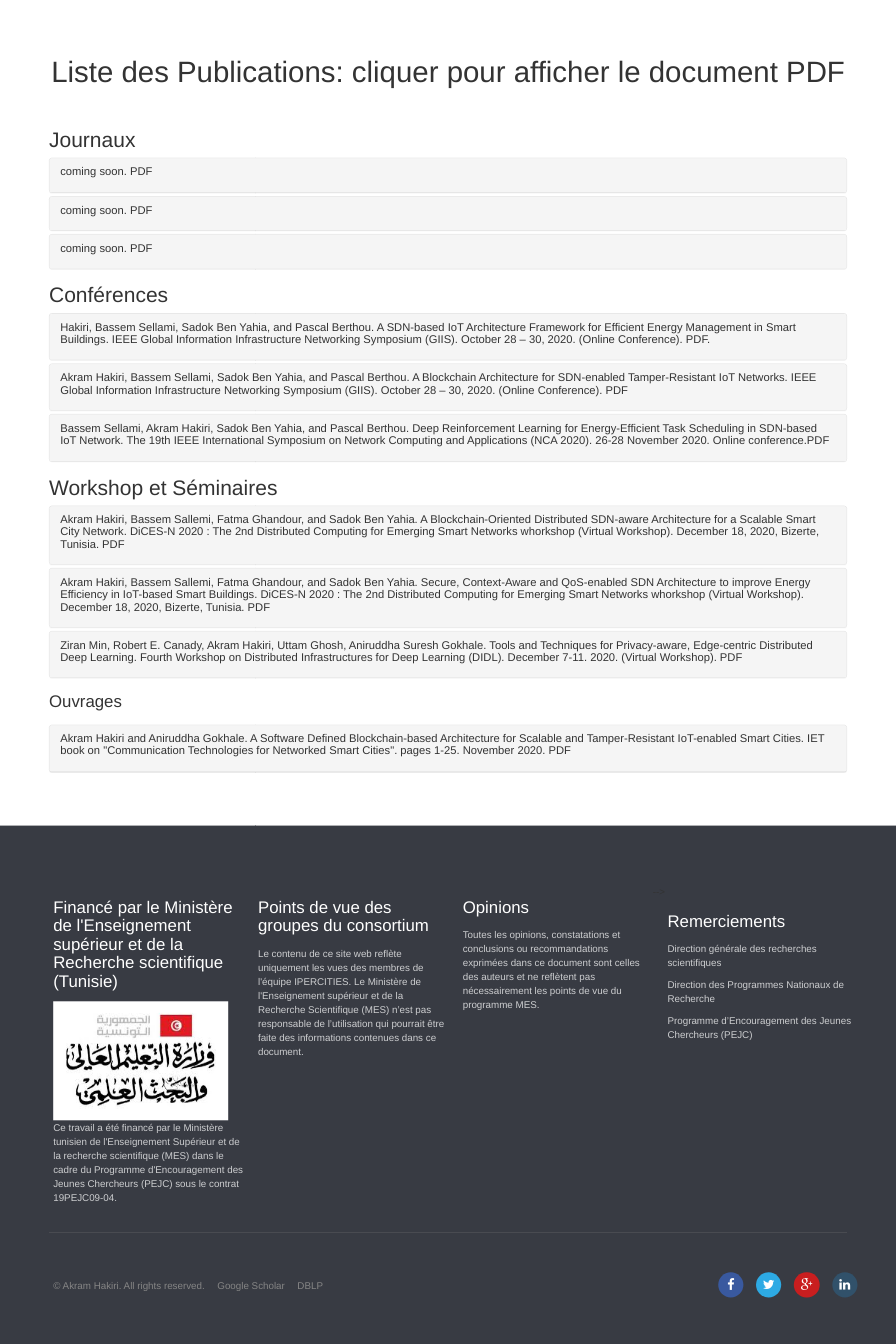
Repository: hakiri/IPERCITIES
Page: publication.html
The author's editor kept a copy of each file at every save. The page is drawn from the files as they stood at one save, then again after a run of saves.
The browser window is 1280 px wide. The pictures show the part of the page from y = 668 to 2588 px (the page is 2588 px tall before and 2573 px after), at 70% of full size.

Above is the page before, as saved 2022-09-27 16:49:44.

### publication.html
<!DOCTYPE html>
<!--
	Transit by TEMPLATED
	templated.co @templatedco
	Released for free under the Creative Commons Attribution 3.0 license (templated.co/license)
-->
<html lang="en">

<head>
    <meta charset="UTF-8">
    <title>IPERCITIES</title>
    <meta http-equiv="content-type" content="text/html; charset=utf-8" />
    <meta name="description" content="" />
    <meta name="keywords" content="" />


    <!--[if lte IE 8]><script src="js/html5shiv.js"></script><![endif]-->
    <script src="js/jquery.min.js"></script>
    <script src="js/skel.min.js"></script>
    <script src="js/skel-layers.min.js"></script>
    <script src="js/init.js"></script>
    <script type="text/javascript" src="https://cdnjs.cloudflare.com/ajax/libs/twitter-bootstrap/4.5.0/js/bootstrap.min.js"></script>

    <noscript>
		<link rel="stylesheet" href="css/skel.css" />
		<link rel="stylesheet" href="css/style.css" />
		<link rel="stylesheet" href="css/style-xlarge.css" />
	</noscript>
    <link rel="stylesheet" href="https://maxcdn.bootstrapcdn.com/bootstrap/3.4.1/css/bootstrap.min.css">
    <!-- <link rel="stylesheet" href="https://cdn.jsdelivr.net/npm/bootstrap@4.5.3/dist/css/bootstrap.min.css"> -->

</head>

<body>

    <!-- Header -->
    <header id="header">
        <h1><a href="index.html">IPERCITIES</a></h1>
        <nav id="nav">
            <ul>
                <li><a href="index.html">Home</a></li>
                <li><a href="objectifs.html">Objectives</a></li>
                <li><a href="consortium.html">Consortium</a></li>
                <li><a href="events.html">Events</a></li>
                <li><a href="brochure.html">Brochures et Flyers</a></li>
                <li><a href="platform.html">Plateforme</a></li>
                <li><a href="resultats.html">Resultats</a></li>
                <li><a href="publication.html">Publications</a></li>
                <li><a href="#" class="button special">About</a></li>
            </ul>
        </nav>
    </header>
    <!-- Banner -->
    <section id="banner">
        <h2>Liste des Publications</h2>
        <p></p>
        <ul class="actions">
            <li>
                <a href="#pub" class="button big">Liste des Publications</a>
            </li>
        </ul>
    </section>
    <!-- Main -->
    <section id="main" class="wrapper">
        <div class="container">

            <header class="major">
                <h2 id="pub">Liste des Publications: cliquer pour afficher le document PDF</h2>
                <!-- <p>Liste des publications</p> -->
            </header>

            <!--			<a href="#" class="image fit"><img src="images/publish.jpg" alt="" /></a>-->
            <h2>Journaux</h2>
            <div class="panel-group" id="accordion">
                <div class="panel panel-default">
                    <div class="panel-heading">
                        <h4 class="panel-title">
                            <p data-toggle="collapse" data-parent="#accordion" href="#collapse4">
                                coming soon. <a href="publications/Placeholder-PDF.pdf"> PDF</a></p>
                        </h4>
                    </div>
                    <div id="collapse4" class="panel-collapse collapse">
                        <div class="panel-body">
                            <embed src="publications/Placeholder-PDF.pdf" type="application/pdf" width="100%" height="800px" />
                        </div>
                    </div>
                </div>

                <div class="panel panel-default">
                    <div class="panel-heading">
                        <h4 class="panel-title">
                            <p data-toggle="collapse" data-parent="#accordion" href="#collapse5">
                                coming soon. <a href="publications/Placeholder-PDF.pdf">PDF</a></p>
                        </h4>
                    </div>
                    <div id="collapse5" class="panel-collapse collapse">
                        <div class="panel-body">
                            <embed src="publications/Placeholder-PDF.pdf" type="application/pdf" width="100%" height="800px" />

                        </div>
                    </div>
                </div>

                <div class="panel panel-default">
                    <div class="panel-heading">
                        <h4 class="panel-title">
                            <p data-toggle="collapse" data-parent="#accordion" href="#collapse6">
                                coming soon. <a href="publications/Placeholder-PDF.pdf">PDF</p></a>
                        </h4>
                    </div>
                    <div id="collapse6" class="panel-collapse collapse">
                        <div class="panel-body">
                            <embed src="publications/Placeholder-PDF.pdf" type="application/pdf" width="100%" height="800px" />

                        </div>
                    </div>
                </div>
            </div>
            <h2>Conférences</h2>
            <div class="panel-group" id="accordion">
                <div class="panel panel-default">
                    <div class="panel-heading">
                        <h4 class="panel-title">
                            <p data-toggle="collapse" data-parent="#accordion" href="#collapse1">
                                Hakiri, Bassem Sellami, Sadok Ben Yahia, and Pascal Berthou. A SDN-based IoT Architecture Framework for Efficient Energy Management in Smart Buildings. IEEE Global Information Infrastructure Networking Symposium (GIIS). October 28 – 30, 2020. (Online
                                Conference).
                                <a href="publications/GIIS2020-shortpaper.pdf">PDF.</a></p>
                        </h4>
                    </div>
                    <div id="collapse1" class="panel-collapse collapse ">
                        <div class="panel-body">
                            <embed src="publications/GIIS2020-shortpaper.pdf" type="application/pdf" width="100%" height="860" />
                        </div>
                    </div>
                </div>
                <div class="panel panel-default">
                    <div class="panel-heading">
                        <h4 class="panel-title">
                            <p data-toggle="collapse" data-parent="#accordion" href="#collapse2">
                                Akram Hakiri, Bassem Sellami, Sadok Ben Yahia, and Pascal Berthou. A Blockchain Architecture for SDN-enabled Tamper-Resistant IoT Networks. IEEE Global Information Infrastructure Networking Symposium (GIIS). October 28 – 30, 2020. (Online Conference).
                                <a href="publications/GIIS2020-1-short.pdf">PDF</p></a>
                        </h4>
                    </div>
                    <div id="collapse2" class="panel-collapse collapse">
                        <div class="panel-body"> <embed src="publications/GIIS2020-1-short.pdf" type="application/pdf" width="100%" height="900px" />
                        </div>
                    </div>
                </div>
                <div class="panel panel-default">
                    <div class="panel-heading">
                        <h4 class="panel-title">
                            <p data-toggle="collapse" data-parent="#accordion" href="#collapse3">
                                Bassem Sellami, Akram Hakiri, Sadok Ben Yahia, and Pascal Berthou. Deep Reinforcement Learning for Energy-Efficient Task Scheduling in SDN-based IoT Network. The 19th IEEE International Symposium on Network Computing and Applications (NCA 2020). 26-28
                                November 2020. Online conference.<a href="publications/NCA2020.pdf">PDF</a></p>
                        </h4>
                    </div>
                    <div id="collapse3" class="panel-collapse collapse">
                        <div class="panel-body">
                            <embed src="publications/NCA2020.pdf" type="application/pdf" width="100%" height="800px" />

                        </div>
                    </div>
                </div>
            </div>



            <h2>Workshop et Séminaires</h2>
            <div class="panel-group" id="accordion">
                <div class="panel panel-default">
                    <div class="panel-heading">
                        <h4 class="panel-title">
                            <p data-toggle="collapse" data-parent="#accordion" href="#collapse4">
                                Akram Hakiri, Bassem Sallemi, Fatma Ghandour, and Sadok Ben Yahia. A Blockchain-Oriented Distributed SDN-aware Architecture for a Scalable Smart City Network. DiCES-N 2020 : The 2nd Distributed Computing for Emerging Smart Networks whorkshop (Virtual
                                Workshop). December 18, 2020, Bizerte, Tunisia. <a href="publications/DiCESN-2020-1.pdf">PDF</a></p>
                        </h4>
                    </div>
                    <div id="collapse4" class="panel-collapse collapse">
                        <div class="panel-body">
                            <embed src="publications/DiCESN-2020.pdf" type="application/pdf" width="100%" height="800px" />
                        </div>
                    </div>
                </div>

                <div class="panel panel-default">
                    <div class="panel-heading">
                        <h4 class="panel-title">
                            <p data-toggle="collapse" data-parent="#accordion" href="#collapse5">
                                Akram Hakiri, Bassem Sallemi, Fatma Ghandour, and Sadok Ben Yahia. Secure, Context-Aware and QoS-enabled SDN Architecture to improve Energy Efficiency in IoT-based Smart Buildings. DiCES-N 2020 : The 2nd Distributed Computing for Emerging Smart Networks
                                whorkshop (Virtual Workshop). December 18, 2020, Bizerte, Tunisia. <a href="publications/DiCESN2020-2.pdf">PDF</a></p>
                        </h4>
                    </div>
                    <div id="collapse5" class="panel-collapse collapse">
                        <div class="panel-body">
                            <embed src="publications/DiCESN2020-2.pdf" type="application/pdf" width="100%" height="800px" />

                        </div>
                    </div>
                </div>

                <div class="panel panel-default">
                    <div class="panel-heading">
                        <h4 class="panel-title">
                            <p data-toggle="collapse" data-parent="#accordion" href="#collapse6">
                                Ziran Min, Robert E. Canady, Akram Hakiri, Uttam Ghosh, Aniruddha Suresh Gokhale. Tools and Techniques for Privacy-aware, Edge-centric Distributed Deep Learning. Fourth Workshop on Distributed Infrastructures for Deep Learning (DIDL). December 7-11. 2020.
                                (Virtual Workshop). <a href="publications/DIDL2020-Last.pdf">PDF</p></a>
                        </h4>
                    </div>
                    <div id="collapse6" class="panel-collapse collapse">
                        <div class="panel-body">
                            <embed src="publications/DIDL2020-Last.pdf" type="application/pdf" width="100%" height="800px" />

                        </div>
                    </div>
                </div>
            </div>
            <h3>Ouvrages</h3>
            <div class="panel-group" id="accordion"></div>
            <div class="panel panel-default">
                <div class="panel-heading">
                    <h4 class="panel-title">
                        <p data-toggle="collapse" data-parent="#accordion" href="#collapse7">
                            Akram Hakiri and Aniruddha Gokhale. A Software Defined Blockchain-based Architecture for Scalable and Tamper-Resistant IoT-enabled Smart Cities. IET book on "Communication Technologies for Networked Smart Cities". pages 1-25. November 2020.
                            <a href="publications/IET book 2020.pdf">PDF</a>
                        </p>
                    </h4>
                </div>
                <div id="collapse7" class="panel-collapse collapse">
                    <div class="panel-body">
                        <embed src="publications/IET book 2020.pdf" type="application/pdf" width="100%" height="800" />
                    </div>
                </div>
            </div>
        </div>
        </div>
        </div>
    </section>

    <!-- Footer -->
    <footer id="footer">
        <div class="container">
            <section class="links">
                <div class="row">
                    <section class="3u 6u(medium) 12u$(small)">
                        <h3>Financé par le Ministère de l'Enseignement supérieur et de la Recherche scientifique (Tunisie)</h3>
                        <ul class="unstyled">
                            <li>
                                <a href="#">
                                </a>
                                <img class="fit-picture" src="images/mestn.jpg" alt="MES-TN" width="250" height="170">
                                <br>
                                <p>Ce travail a été financé par le Ministère tunisien de l'Enseignement Supérieur et de la recherche scientifique (MES) dans le cadre du Programme d'Encouragement des Jeunes Chercheurs (PEJC) sous le contrat 19PEJC09-04.
                                </p>
                            </li>
                        </ul>
                    </section>
                    <section class="3u 6u$(medium) 12u$(small)">
                        <h3>Points de vue des groupes du consortium</h3>
                        <ul class="unstyled">
                            <li>
                                <p>Le contenu de ce site web reflète uniquement les vues des membres de l'équipe IPERCITIES. Le Ministère de l'Enseignement supérieur et de la Recherche Scientifique (MES) n’est pas responsable de l’utilisation qui pourrait
                                    être faite des informations contenues dans ce document.
                                </p>
                                <!-- 							<a>
									Toutes les opinions, constatations et conclusions ou recommandations
									exprimées dans ce document sont celles des auteurs et ne reflètent pas
									nécessairement les points de vue du programme MES.
								</a> -->
                            </li>

                        </ul>
                    </section>
                    <section class="3u 6u(medium) 12u$(small)">
                        <h3>Opinions</h3>
                        <ul class="unstyled">
                            <li>
                                <p>Toutes les opinions, constatations et conclusions ou recommandations exprimées dans ce document sont celles des auteurs et ne reflètent pas nécessairement les points de vue du programme MES.</p>
                            </li>
                        </ul>
                    </section> -->


                    <section class="3u$ 6u$(medium) 12u$(small)">
                        <h3>Remerciements</h3>
                        <ul class="unstyled">
                            <li>Direction générale des recherches scientifiques</li>
                            <li>Direction des Programmes Nationaux de Recherche</li>
                            <li>Programme d’Encouragement des Jeunes Chercheurs (PEJC)</li>
                        </ul>
                    </section>
                </div>
            </section>

            <div class="row">
                <div class="8u 12u$(medium)">
                    <ul class="copyright">
                        <li>&copy; Akram Hakiri. All rights reserved.</li>
                        <li><a href="https://scholar.google.fr/citations?user=hWFrDC4AAAAJ&hl=en" target="_blank" rel="noopener noreferrer">Google Scholar</a>
                        </li>
                        <li><a href="https://dblp.org/pid/37/8396.html" target="_blank" rel="noopener noreferrer">DBLP</a></li>
                    </ul>
                </div>
                <div class="4u$ 12u$(medium)">
                    <ul class="icons">
                        <li>
                            <a class="icon rounded fa-facebook"><span class="label">Facebook</span></a>
                        </li>
                        <li>
                            <a class="icon rounded fa-twitter"><span class="label">Twitter</span></a>
                        </li>
                        <li>
                            <a class="icon rounded fa-google-plus"><span class="label">Google+</span></a>
                        </li>
                        <li>
                            <a class="icon rounded fa-linkedin"><span class="label">LinkedIn</span></a>
                        </li>
                    </ul>
                </div>
            </div>
        </div>
    </footer>

</body>

</html>

Loaded but not shown: js/jquery.min.js (library); js/skel.min.js (library); js/skel-layers.min.js (library); css/style-xlarge.css (common file); css/style-large.css (common file); css/font-awesome.min.css (library); js/init.js (88 lines, source omitted); css/style.css (1219 lines, source omitted)

After the next 2 saves:
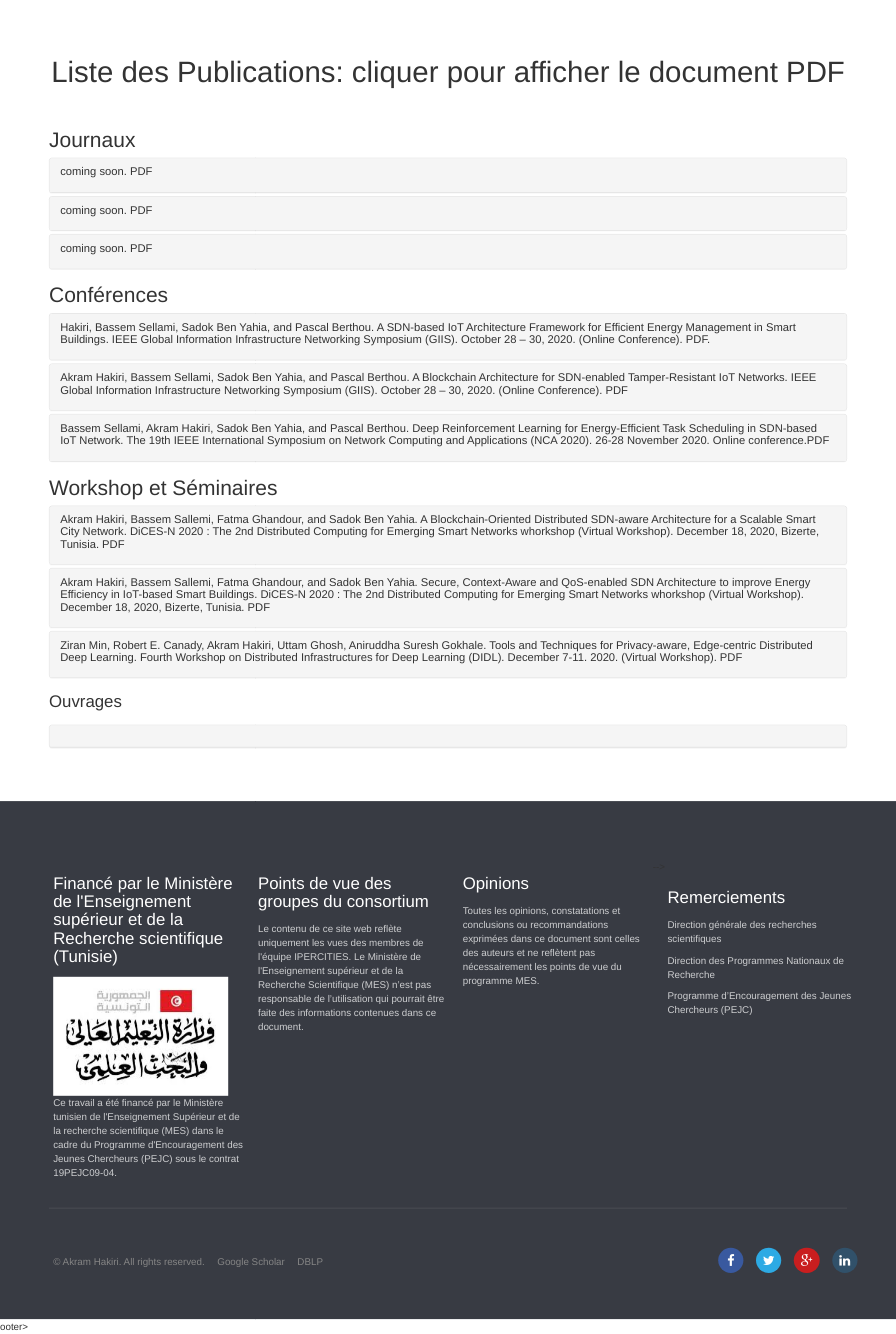
The 2 saves are shown as one change because they came seconds apart.
The last was saved 41 s later.
--- a/publication.html
+++ b/publication.html
@@ -220,8 +220,9 @@
                 <div class="panel-heading">
                     <h4 class="panel-title">
                         <p data-toggle="collapse" data-parent="#accordion" href="#collapse7">
-                            Akram Hakiri and Aniruddha Gokhale. A Software Defined Blockchain-based Architecture for Scalable and Tamper-Resistant IoT-enabled Smart Cities. IET book on "Communication Technologies for Networked Smart Cities". pages 1-25. November 2020.
-                            <a href="publications/IET book 2020.pdf">PDF</a>
+                            <!-- Akram Hakiri and Aniruddha Gokhale. A Software Defined Blockchain-based Architecture for Scalable and Tamper-Resistant IoT-enabled Smart Cities. IET book on "Communication Technologies for Networked Smart Cities". pages 1-25. November 2020.
+                            <a href="publications/IET book 2020.pdf">PDF</a> -->
+
                         </p>
                     </h4>
                 </div>
@@ -322,4 +323,8 @@
 
 </body>
 
+</html>ooter>
+
+</body>
+
 </html>
